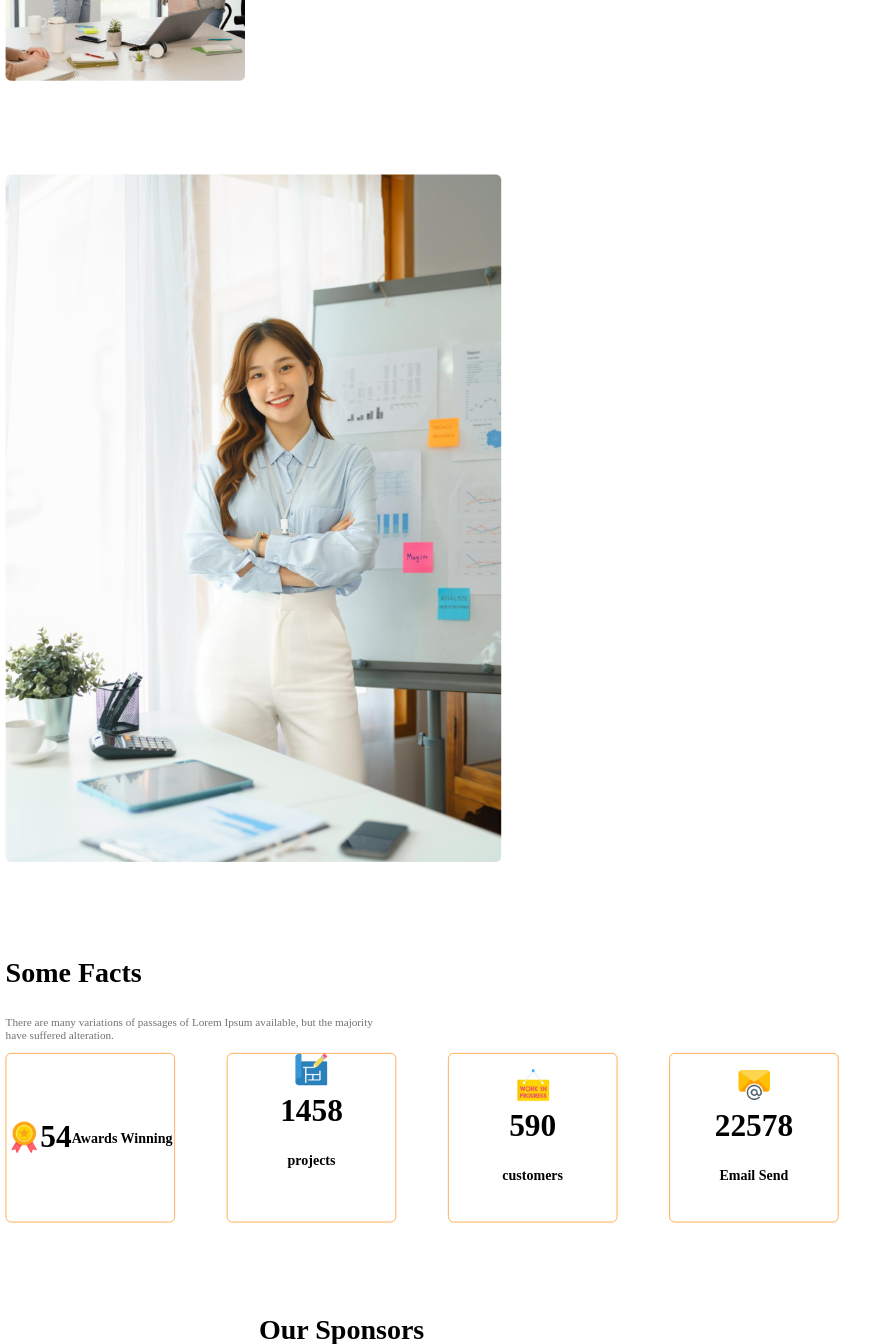
Repository: tanimtanzilislam/g3-architect-website
Page: index.html
The author's editor kept a copy of each file at every save. The page is drawn from the files as they stood at one save, then again after the next save.
The browser window is 1280 px wide. The pictures show the part of the page from y = 2565 to 4485 px (the page is 4739 px tall before and 4826 px after), at 70% of full size.

Above is the page before, as saved 2026-02-06 22:15:35.

After the next save:
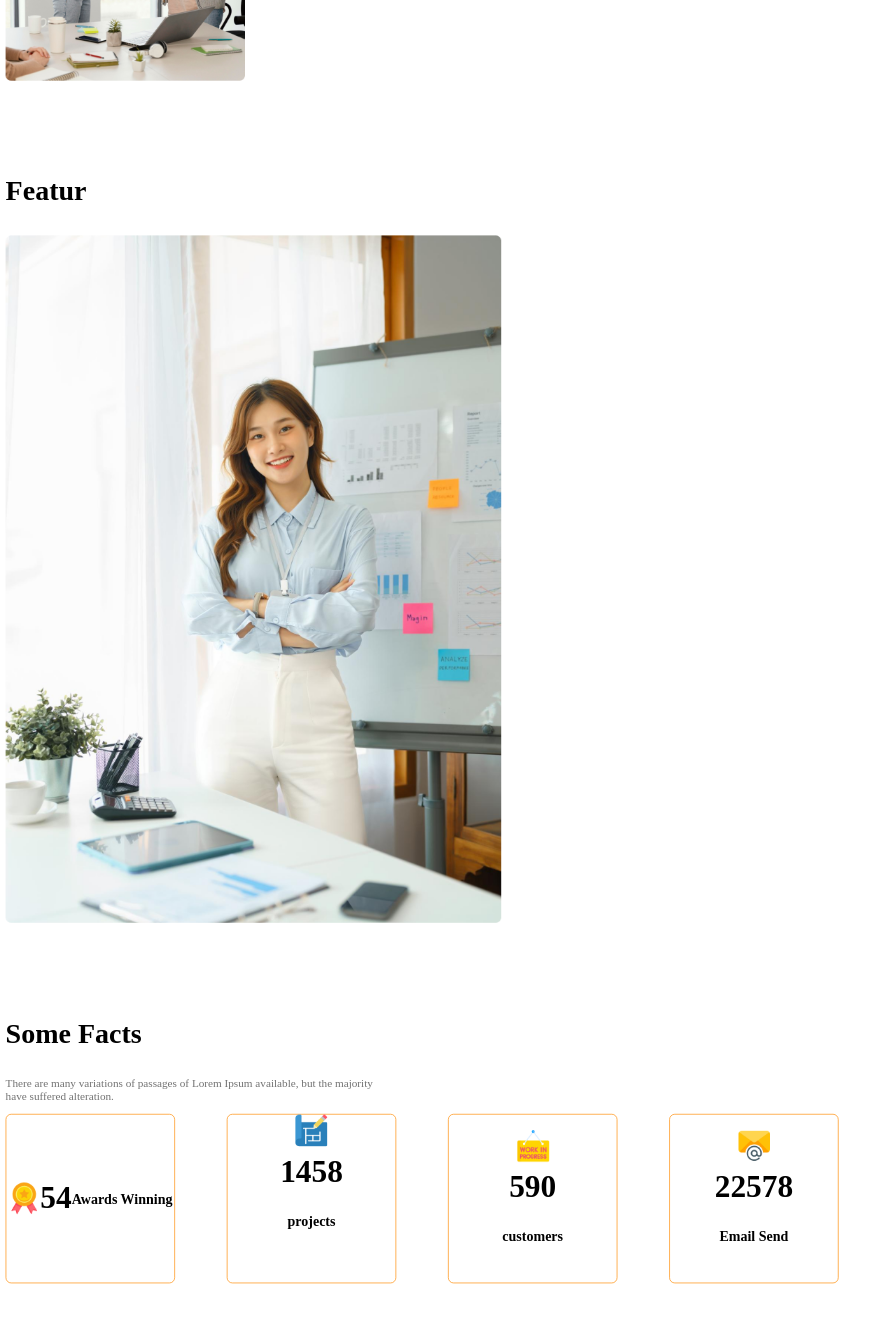
Saved 23 s later.
--- a/index.html
+++ b/index.html
@@ -61,7 +61,7 @@
         <!-- featue section started -->
          <section class="features">
             <div>
-           <h3 class="section-title"></h3>
+           <h3 class="section-title">Featur</h3>
             </div>
             <div>
                 <img src="images/architect.png" alt="">
